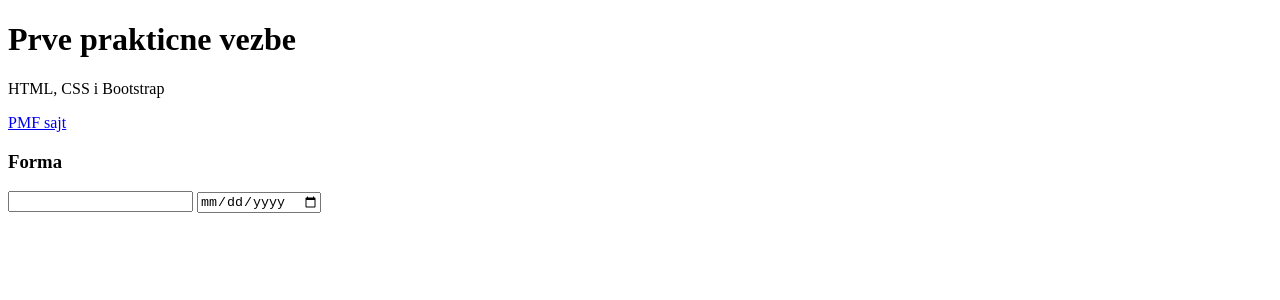
Repository: bojanludajic/Razvoj-Informacionih-Sistema
Page: Vezbe1/src/main/webapp/index.html
These files come from the project's save history. The page is drawn as it stood at one moment and after the next save; the edit follows.
The browser window is 1280 px wide. The pictures show the whole page.

Above is the page before, as saved 2024-10-22 11:34:13.

### Vezbe1/src/main/webapp/index.html
<!DOCTYPE html>
<html>
<head>
<meta charset="UTF-8">
<title>Razvoj informacionih sistema</title>
</head>
<body>
<h1>Prve prakticne vezbe</h1>
<p>HTML, CSS i Bootstrap</p>

<a href="https://www.pmf.uns.ac.rs" target="_blank">PMF sajt</a>

<h3>Forma</h3>
<form>
	<input type="text">
	<input type="date">
</form>
</body>
</html>

After the next save:
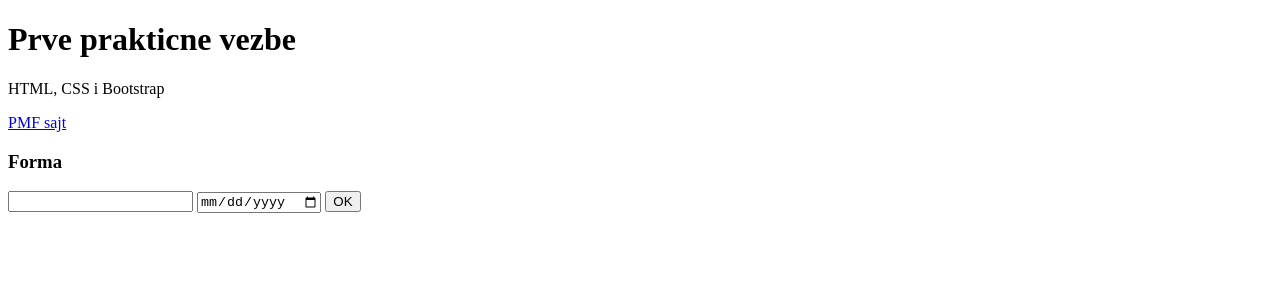
Saved 22 s later.
--- a/Vezbe1/src/main/webapp/index.html
+++ b/Vezbe1/src/main/webapp/index.html
@@ -14,6 +14,7 @@
 <form>
 	<input type="text">
 	<input type="date">
+	<input type="submit" value="OK">
 </form>
 </body>
 </html>
